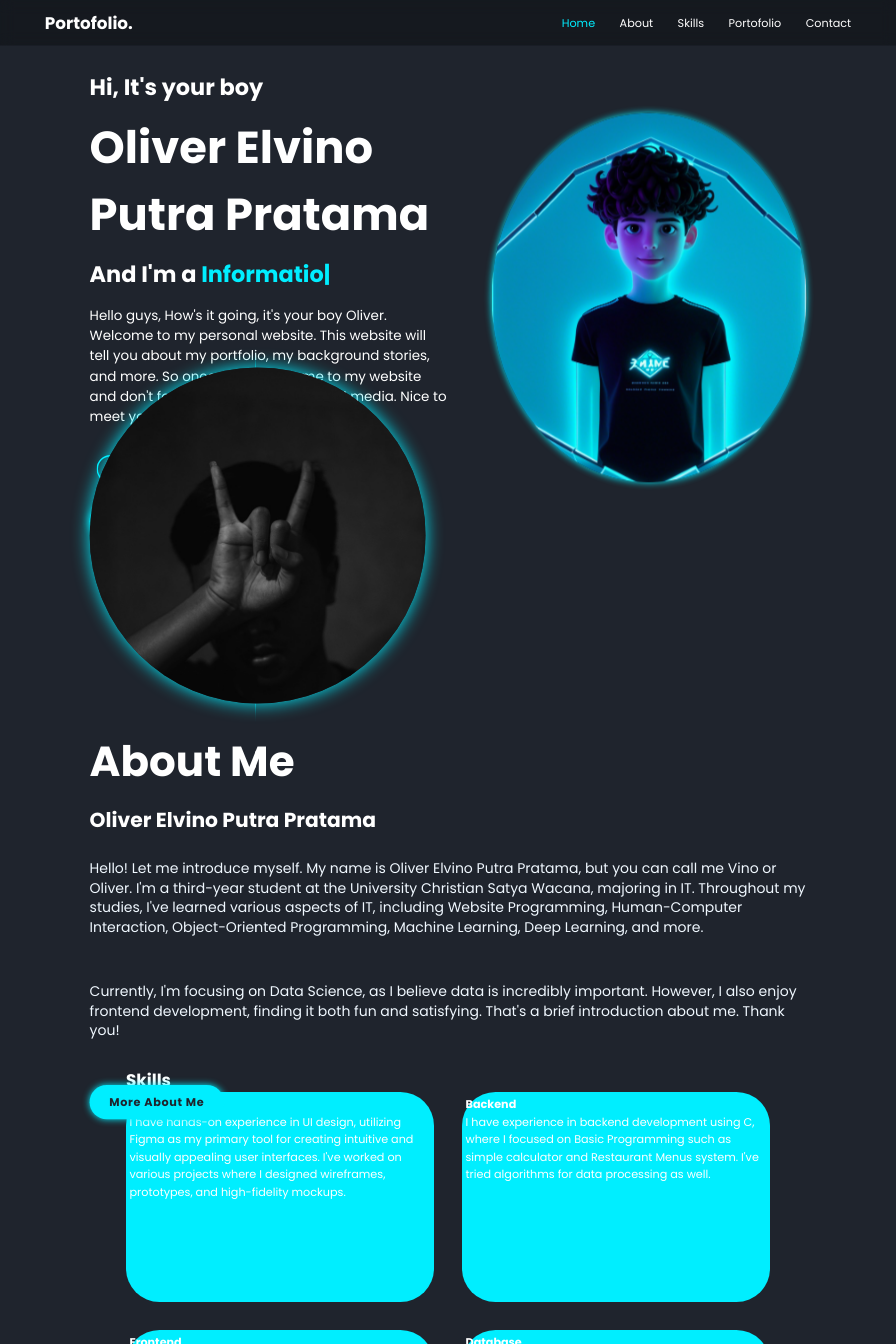
Repository: Olovrelvino/personalWebsite-HtmlCssJs-project
Page: main.html
An editor plug-in stored every save of this project. The page is shown before and after the next save, followed by the edit.
The browser window is 1280 px wide. The pictures show the part of the page from y = 0 to 1920 px (the page is 3494 px tall before and 3629 px after), at 70% of full size.
Some web libraries are served in a nearby version.

Above is the page before, as saved 2024-09-23 22:42:14.

After the next save:
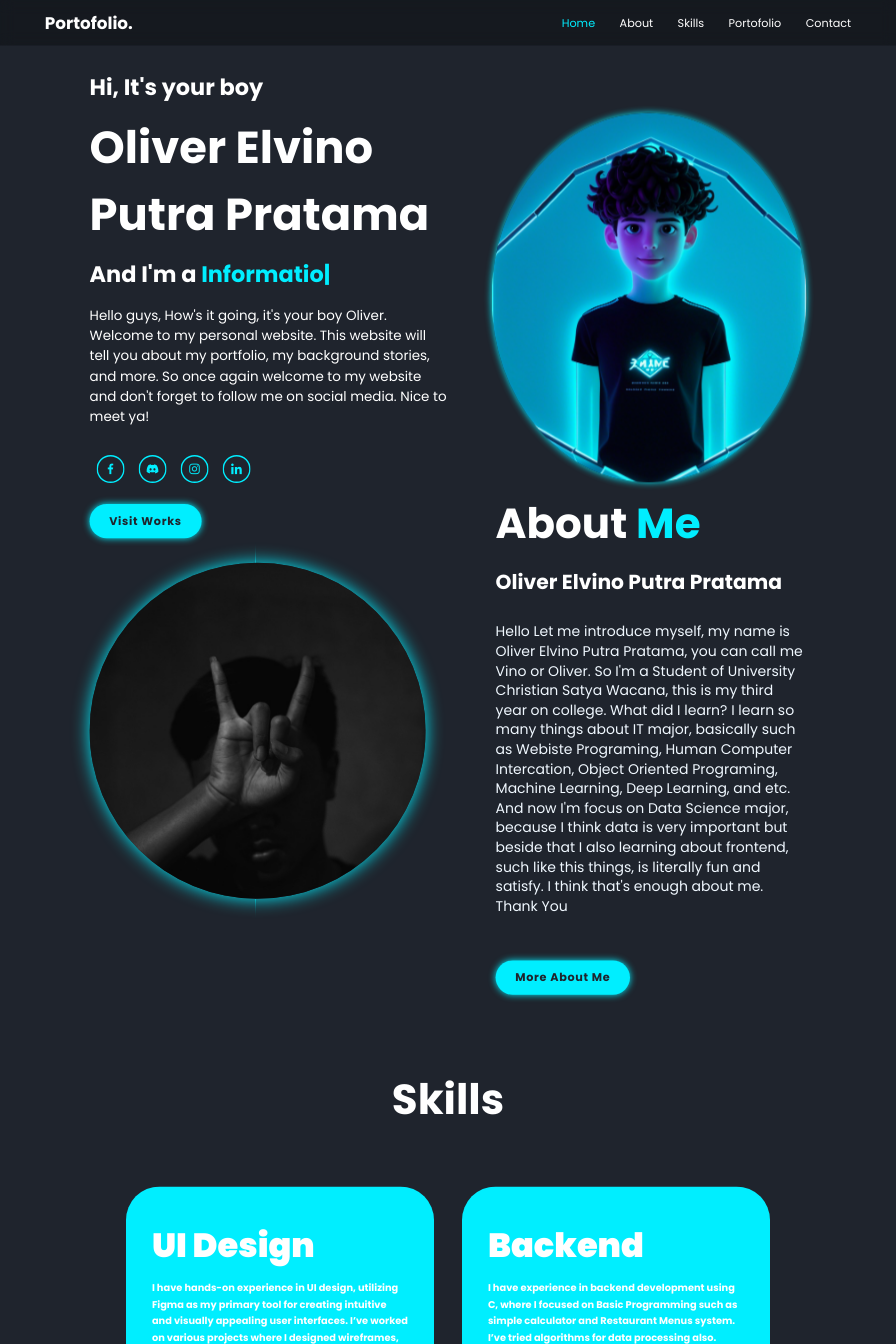
Saved 20 s later.
--- a/main.html
+++ b/main.html
@@ -49,44 +49,72 @@
         </div>
       </section>
 
-      <!-- About Section -->
-<section id="about" class="section about">
-    <div class="about-container">
-      <div class="about-img">
-        <img src="vino2.jpg" alt="Oliver Elvino">
-      </div>
-      <div class="about-text">
-        <h2>About Me</h2>
-        <h4>Oliver Elvino Putra Pratama</h4>
-        <p>Hello! Let me introduce myself. My name is Oliver Elvino Putra Pratama, but you can call me Vino or Oliver. I'm a third-year student at the University Christian Satya Wacana, majoring in IT. Throughout my studies, I've learned various aspects of IT, including Website Programming, Human-Computer Interaction, Object-Oriented Programming, Machine Learning, Deep Learning, and more.</p>
-        <p>Currently, I'm focusing on Data Science, as I believe data is incredibly important. However, I also enjoy frontend development, finding it both fun and satisfying. That's a brief introduction about me. Thank you!</p>
-        <a href="#" class="btn-content">More About Me</a>
-      </div>
-    </div>
-  </section>
+    <!-- ABOUT SECTION -->
+     <section class="about" id="about">
+        <div class="about-img">
+            <img src="vino2.jpg">
+        </div>
+        <div class="about-text">
+            <h2>About <span>Me</span></h2>
+            <h4>Oliver Elvino Putra Pratama</h4>
+            <P>Hello Let me introduce myself, my name is Oliver Elvino Putra Pratama, you can call me Vino or Oliver.
+                So I'm a Student of University Christian Satya Wacana, this is my third year on college. What did I learn? I learn so many things about IT major,
+                basically such as Webiste Programing, Human Computer Intercation, Object Oriented Programing,
+                Machine Learning, Deep Learning, and etc. And now I'm focus on Data Science major, because I think data is very important but
+                beside that I also learning about frontend, such like this things, is literally fun and satisfy. I think that's enough about me. Thank You
+            </P>
+            <a href="#" class="btn-content">More About Me</a>
+        </div>
+     </section>
 
-  <!-- Skills Section -->
-  <section id="Skills" class="section Skills">
-    <h2 class="skills-heading">Skills</h2>
-    <div class="Skills-container">
-      <div class="Skills-box">
-        <h4>UI Design</h4>
-        <p>I have hands-on experience in UI design, utilizing Figma as my primary tool for creating intuitive and visually appealing user interfaces. I've worked on various projects where I designed wireframes, prototypes, and high-fidelity mockups.</p>
-      </div>
-      <div class="Skills-box">
-        <h4>Backend</h4>
-        <p>I have experience in backend development using C, where I focused on Basic Programming such as simple calculator and Restaurant Menus system. I've tried algorithms for data processing as well.</p>
-      </div>
-      <div class="Skills-box">
-        <h4>Frontend</h4>
-        <p>I have experience in frontend development, using HTML, CSS, and JavaScript to build responsive and dynamic websites. I've created user-friendly interfaces, ensuring cross-browser compatibility and optimizing for performance.</p>
-      </div>
-      <div class="Skills-box">
-        <h4>Database</h4>
-        <p>I have experience in database management using MySQL, Oracle APEX, and ERD. I've designed and optimized relational databases, created detailed ER diagrams to model data structures, and implemented them in MySQL for efficient data handling.</p>
-      </div>
-    </div>
-  </section>
+     <section class="Skills" id="Skills">
+        <div class="skills-text">
+            <h2>Skills</h2>
+        </div>
+
+        <div class="Skills-container">
+            <div class="Skills-box">
+                <div class="Skills-info">
+                    <h4>UI Design</h4>
+                    <p>I have hands-on experience in UI design, utilizing Figma as my primary tool for creating intuitive and visually appealing user interfaces.
+                        I’ve worked on various projects where I designed wireframes, prototypes, and high-fidelity mockups. Figma’s collaborative features enabled me to work efficiently with team members,
+                        iterate designs quickly, and maintain consistency across different screen sizes and platforms.
+                    </p>
+                </div>
+            </div>
+
+            <div class="Skills-box">
+                <div class="Skills-info">
+                    <h4>Backend</h4>
+                    <p>I have experience in backend development using C,
+                        where I focused on Basic Programming such as simple calculator and Restaurant Menus system.
+                        I’ve tried algorithms for data processing also.
+                    </p>
+                </div>
+            </div>
+
+            <div class="Skills-box">
+                <div class="Skills-info">
+                    <h4>Frontend</h4>
+                    <p>
+                        I have experience in frontend development, using HTML, CSS, and JavaScript to build responsive and dynamic website.
+                        I’ve created user-friendly interfaces, ensuring cross-browser compatibility and optimizing for performance.
+                    </p>
+                </div>
+            </div>
+
+            <div class="Skills-box">
+                <div class="Skills-info">
+                    <h4>DataBase</h4>
+                    <p>
+                        I have experience in database management using MySQL, Oracle APEX, and ERD.
+                        I’ve designed and optimized relational databases, created detailed ER diagrams to model data structures,
+                        and implemented them in MySQL for efficient data handling.
+                    </p>
+                </div>
+            </div>
+        </div>
+     </section>
 
      <section class="contact" id="contact">
         <h2 class="heading">Contact <span class="highlight">Me</span></h2>
